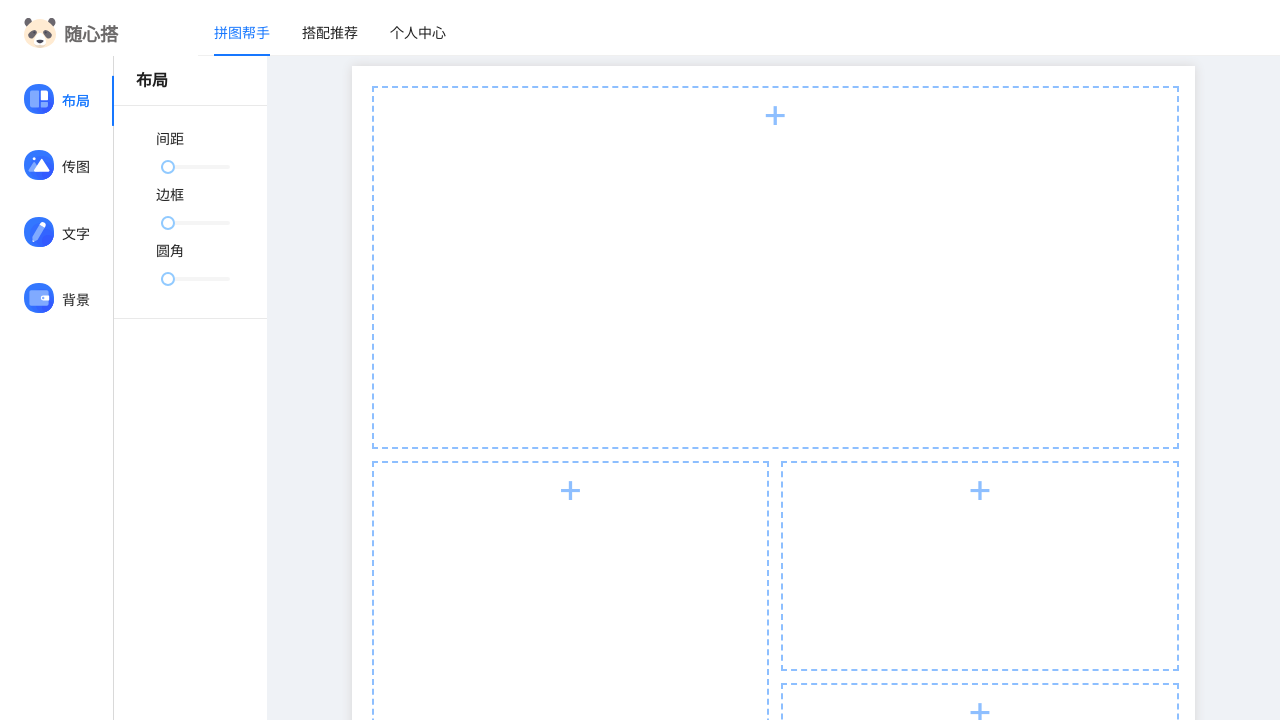
Repository: zzq1101921989/low-code
Page: /
An editor plug-in stored every save of this project. The page is shown before and after the next save, followed by the edit.
The browser window is 1280 px wide. The pictures show the whole page.
The project was rebuilt for these pictures with package versions that can differ from the ones it lists, and the page was loaded fresh each time. Also part of the build but not shown: vite.config.ts, src/pages/admin/index.tsx, src/components/icon/ClothesIcon.tsx, src/components/icon/HairIcon.tsx, src/components/icon/PantsIcon.tsx, src/components/icon/ShoeIcon.tsx, src/pages/recommend/index.tsx.

Above is the page before, as saved 2023-05-08 22:09:59.

After the next save:
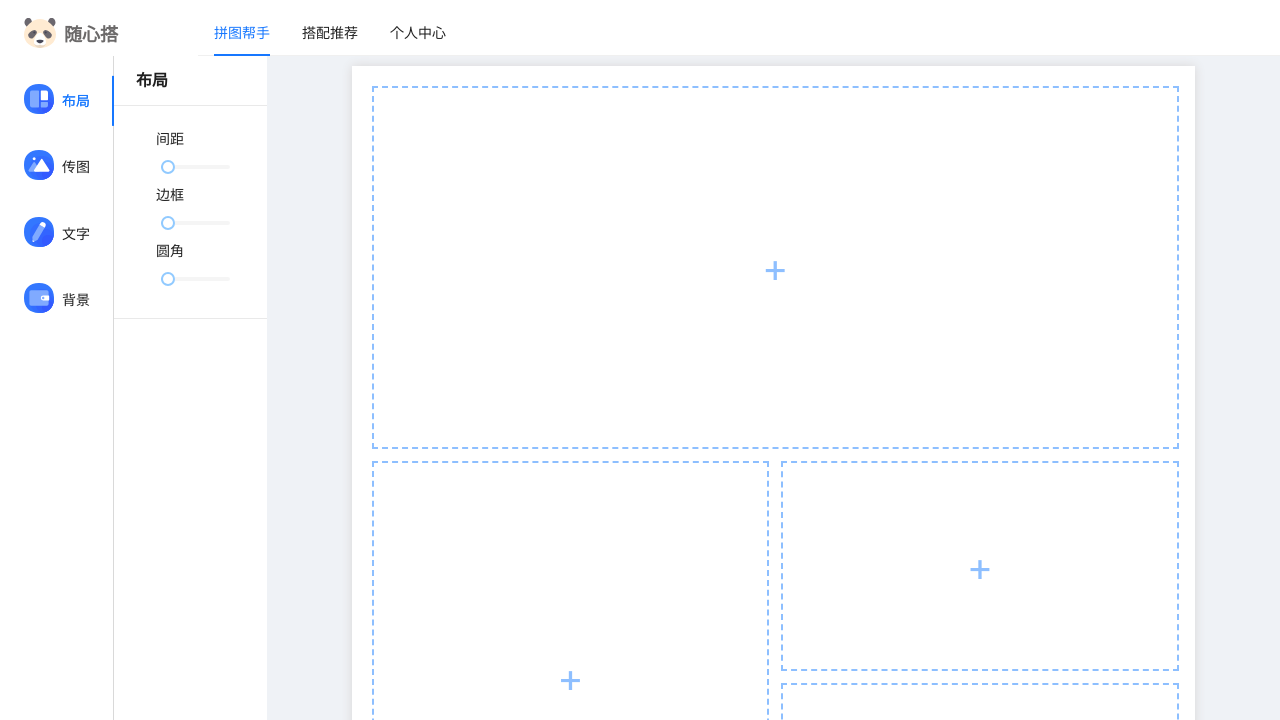
Saved 30 s later.
--- a/src/pages/home/components/ItemBox/index.module.less
+++ b/src/pages/home/components/ItemBox/index.module.less
@@ -12,8 +12,11 @@
         top: 10px;
     }
     .add {
-        display: block;
+        display: flex;
         width: 100%;
+        height: 100%;
+        justify-content: center;
+        align-items: center;
         text-align: center;
         margin: 0 auto;
         font-size: 40px;
